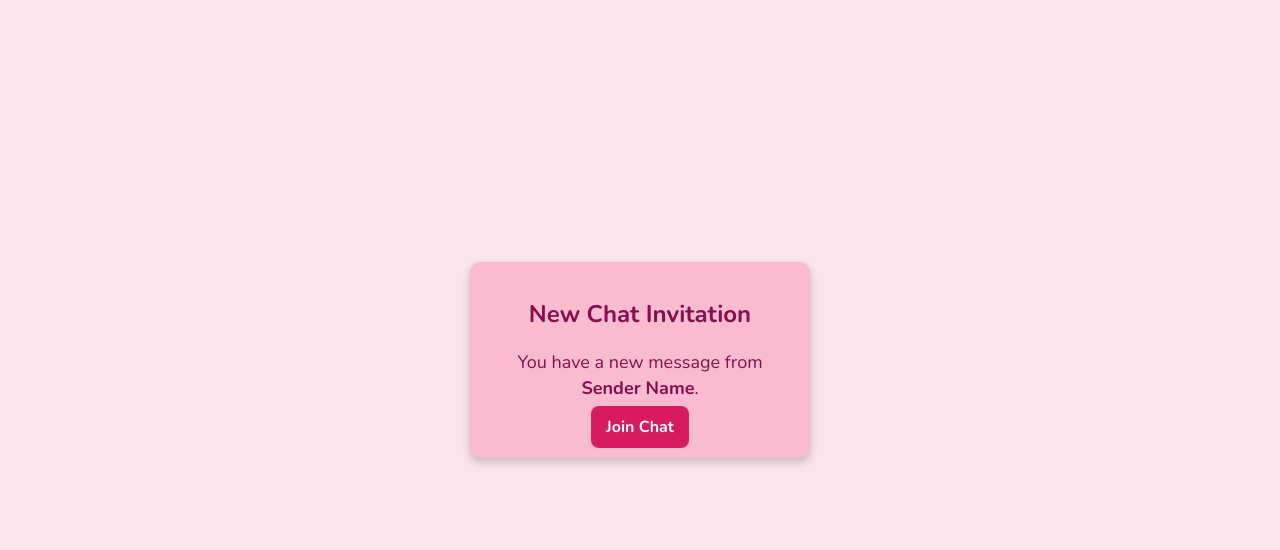
Repository: Argivist/BUDDY-MATCH
Page: http://localhost/html/notification.php
The author's editor kept a copy of each file at every save. The page is drawn from the files as they stood at one save, then again after the next save.
The browser window is 1280 px wide. The pictures show the whole page.
The page is run by PHP 8.4 with error messages shown; the project is at /var/www/html/. The session is filled in as if someone had signed in: {"userID": 1, "name": "Test User"}. Queries for data that is not in the repository find no rows.

Above is the page before, as saved 2024-08-08 03:48:17.

After the next save:
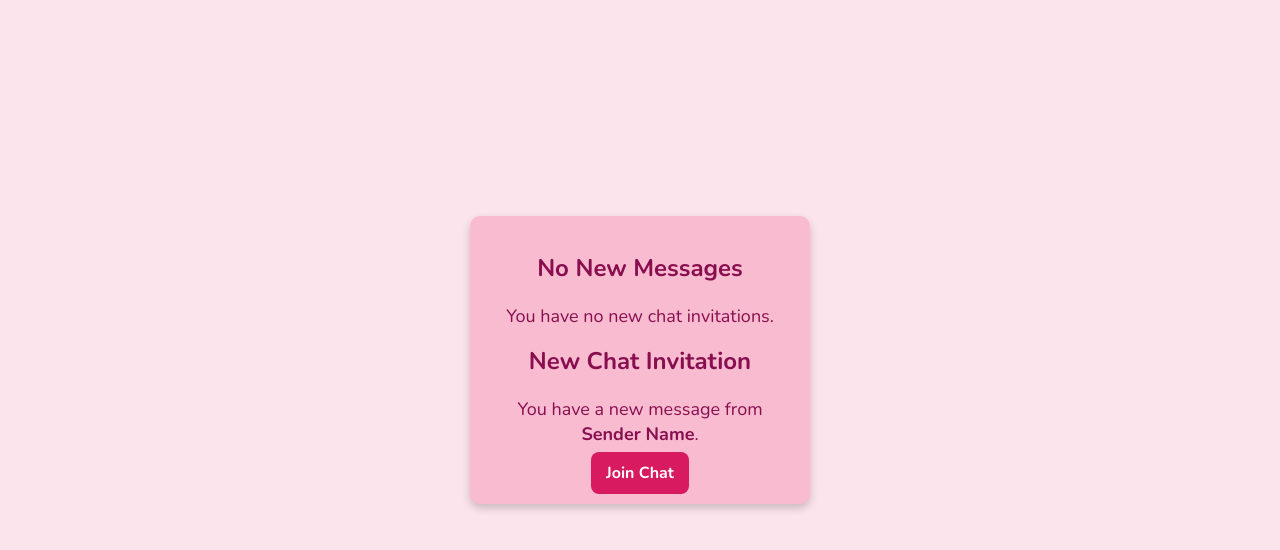
Saved 110 s later.
--- a/html/notification.php
+++ b/html/notification.php
@@ -69,17 +69,24 @@ $messages = $stmt->fetchAll(PDO::FETCH_ASSOC);
     <div class="notification-container">
 
     <?php
-        foreach ($messages as $message) {
-            //sender name
-            $sender=$pdo->prepare("SELECT name FROM users WHERE senderID = ?");
+
+
+
+        //check if there are messages
+        if(count($messages) > 0) {
+            foreach($messages as $message) {
+                $sender=$pdo->prepare("SELECT name FROM users WHERE senderID = ?");
             $sender->execute([$message['senderID']]);
             $senderName = $sender->fetch(PDO::FETCH_ASSOC);
             $Sname = $senderName['name'];
 
-
-            echo "<h1>New Invitation</h1>";
-            echo "<p class='message'>You have a new invite from <strong>{$Sname}</strong>.</p>";
-            echo "<a href='{$message['link']}'>Enter</a>";
+                echo "<h1>New Chat Invitation</h1>";
+                echo "<p class='message'>You have a new message from <strong>{$message['Sname']}</strong>.</p>";
+                echo "<a href='{$message['link']}'>Join Chat</a>";
+            }
+        } else {
+            echo "<h1>No New Messages</h1>";
+            echo "<p class='message'>You have no new chat invitations.</p>";
         }
     ?>
         <h1>New Chat Invitation</h1>
